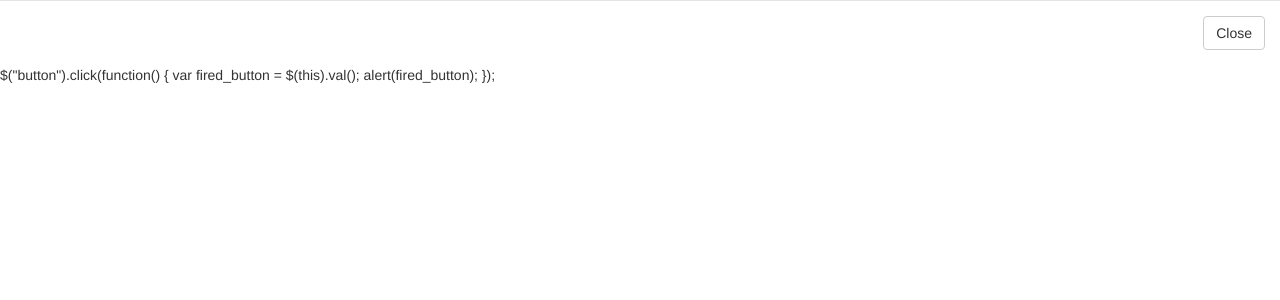
Repository: vaibhavkri/Trendnxt-Projects
Page: bootstrap/Bootstrap– L3 Assignment/Topic 7HTML JavaScript/Assignment1.html
These files come from the project's save history. The page is drawn as it stood at one moment and after the next save; the edit follows.
The browser window is 1280 px wide. The pictures show the whole page.
Some web libraries are served in a nearby version.

Above is the page before, as saved 2018-10-23 19:01:31.

After the next save:
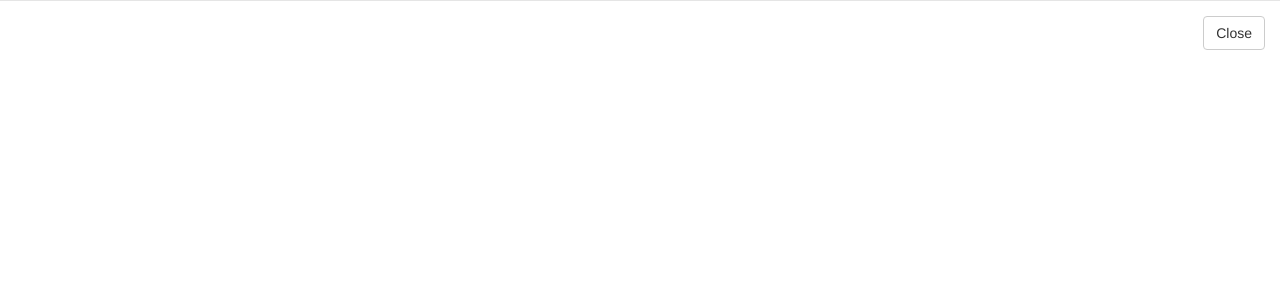
Saved 27 s later.
--- a/bootstrap/Bootstrap– L3 Assignment/Topic 7HTML JavaScript/Assignment1.html
+++ b/bootstrap/Bootstrap– L3 Assignment/Topic 7HTML JavaScript/Assignment1.html
@@ -20,7 +20,5 @@
 
 </body>
 
-<script src="https://ajax.googleapis.com/ajax/libs/jquery/2.1.1/jquery.min.js"></script>
-$("button").click(function() { var fired_button = $(this).val(); alert(fired_button); });
 
 </html>
